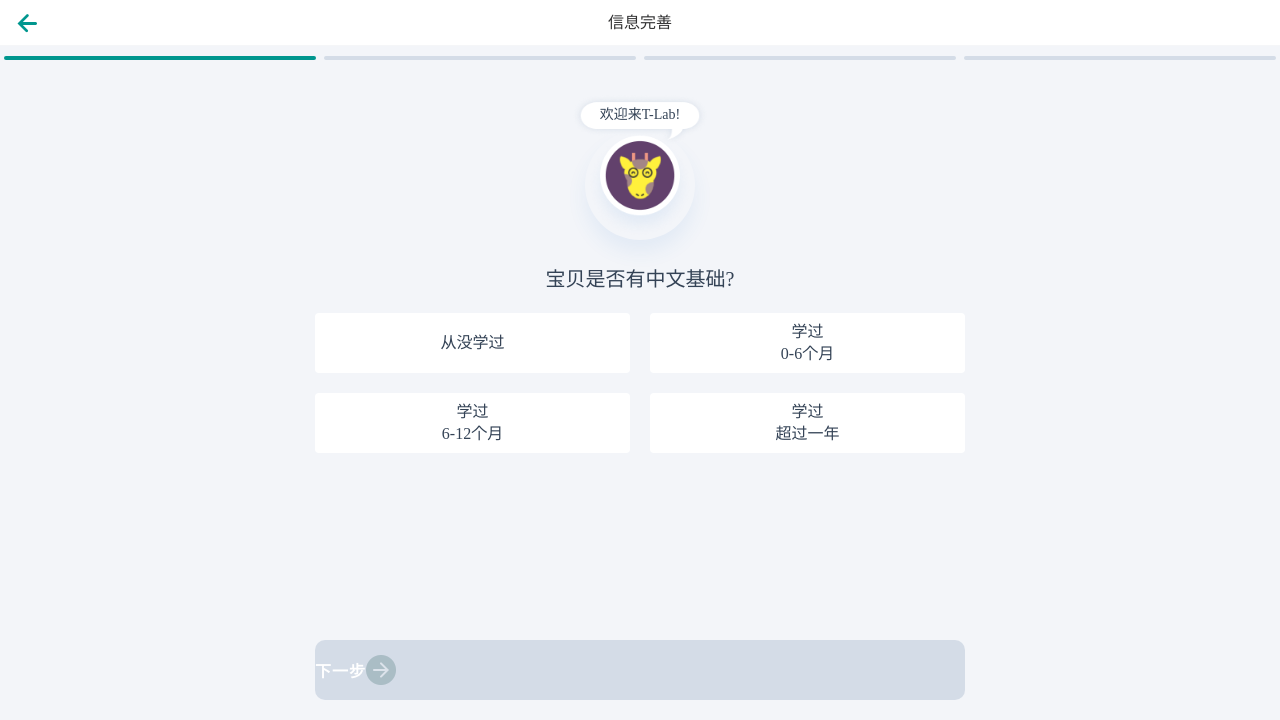
Repository: huangjf1/1
Page: /
The author's editor kept a copy of each file at every save. The page is drawn from the files as they stood at one save, then again after the next save.
The browser window is 1280 px wide. The pictures show the whole page.
The project was rebuilt for these pictures with package versions that can differ from the ones it lists, and the page was loaded fresh each time. Also part of the build but not shown: vue.config.js.

Above is the page before, as saved 2021-08-24 12:38:40.

After the next save:
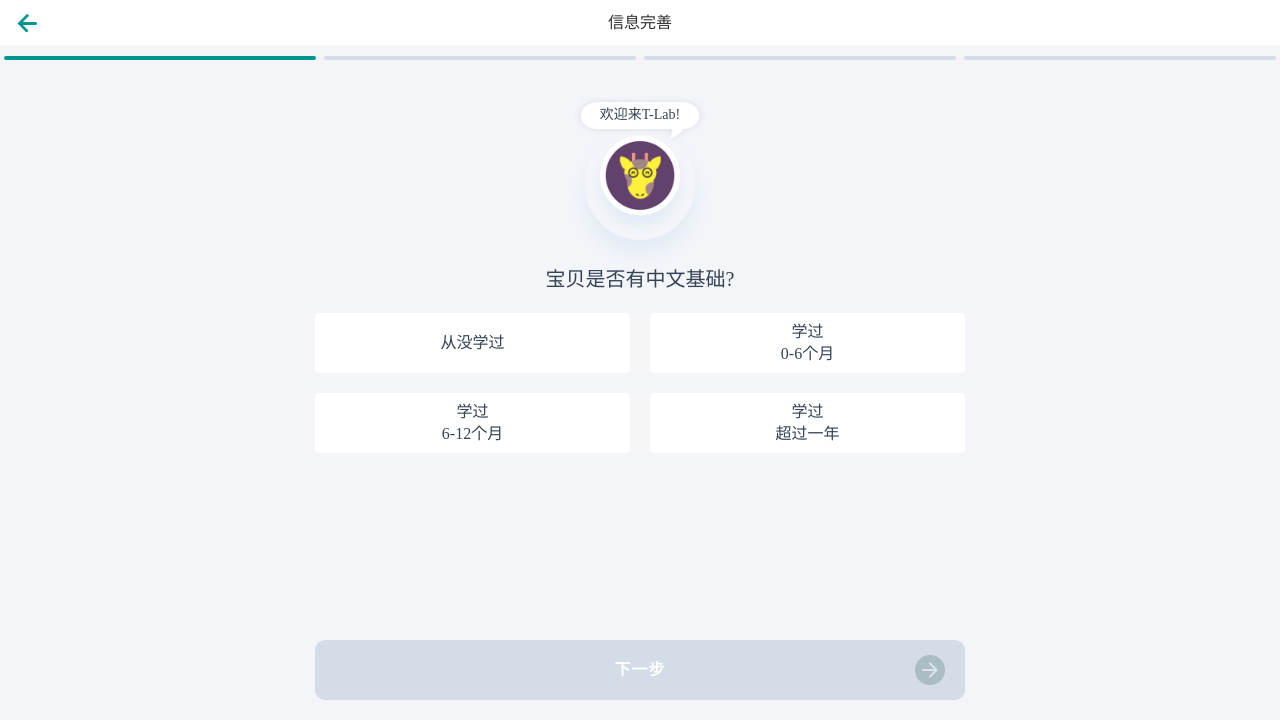
Saved 38 s later.
--- a/src/views/index.vue
+++ b/src/views/index.vue
@@ -470,6 +470,7 @@ export default {
         max-width: 650px;
         height: 60px;
         text-align: center;
+        line-height: 60px;
         cursor: pointer;
         background: #D4DCE7;
         margin: 20px auto 20px;
@@ -480,11 +481,15 @@ export default {
         letter-spacing: 1px;
         text-transform: uppercase;
         color: #FFFFFF;
-        display: flex;
-        align-items: center;
+        position: relative;
         img {
           width: 30px;
           height: 30px;
+          position: absolute;
+          top: 0;
+          bottom: 0;
+          margin: auto;
+          right: 20px;
         }
       }
    }
